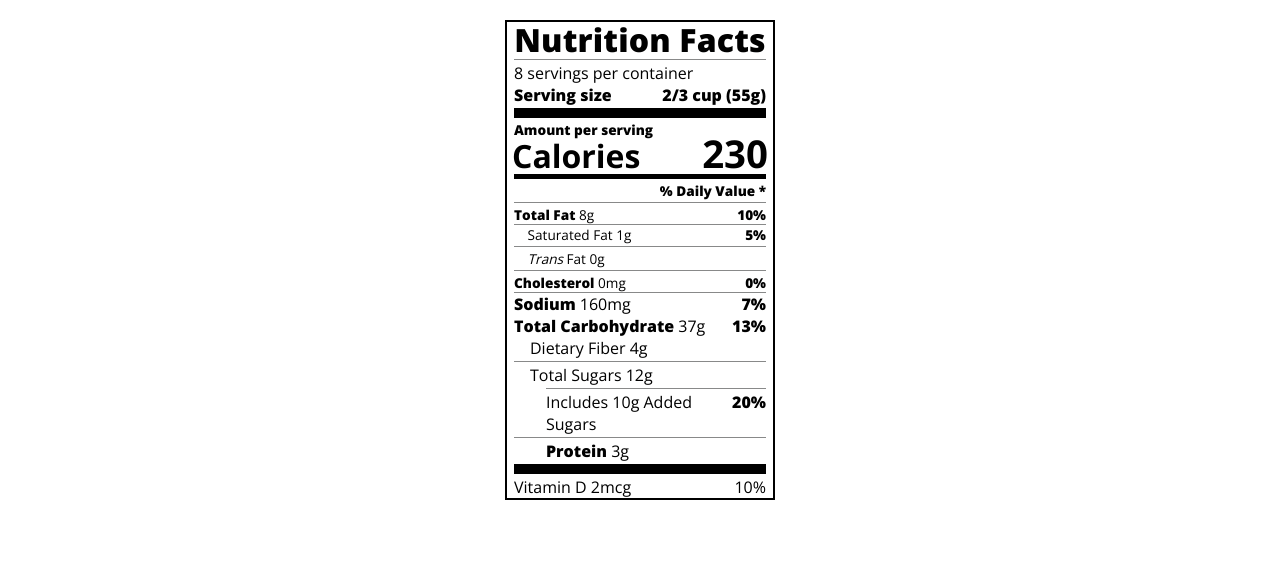
Repository: AimenDje/NutritionLabel
Page: index.html
These files come from the project's save history. The page is drawn as it stood at one moment and after the next save; the edit follows.
The browser window is 1280 px wide. The pictures show the whole page.

Above is the page before, as saved 2025-08-30 23:46:35.

After the next save:
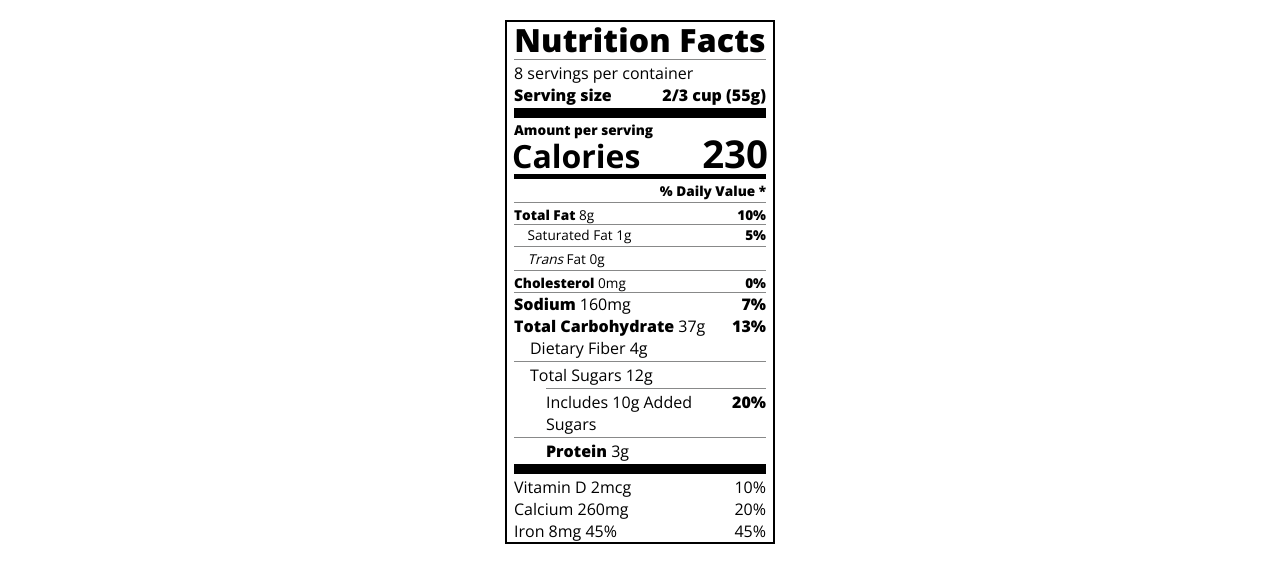
Saved 14 min 23 s later.
--- a/index.html
+++ b/index.html
@@ -46,6 +46,8 @@
       <p class="double-indent no-divider"><span><span class="bold">Protein</span> 3g</span></p>
       <div class="divider large"></div>
       <p>Vitamin D 2mcg <span>10%</span></p>
+      <p>Calcium 260mg <span>20%</span></p>
+      <p>Iron 8mg 45% <span>45%</span></p>
     </div>
   </div>
   </div>
